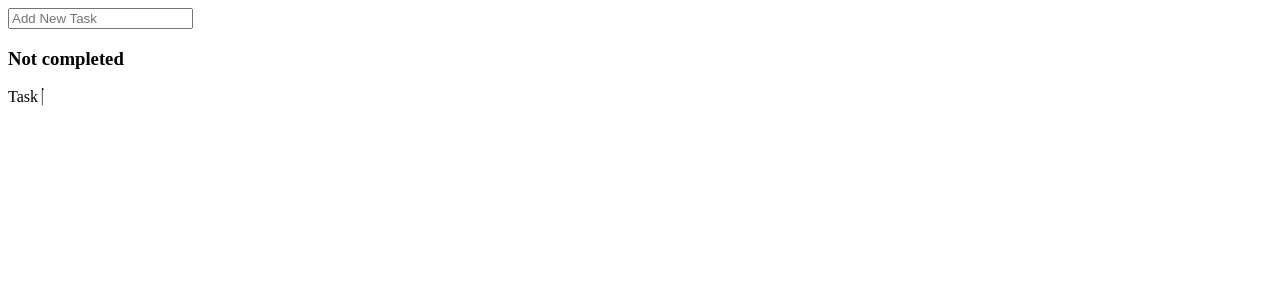
Repository: Mayur2905/OIBSIP
Page: Task-6/index.html
These files come from the project's save history. The page is drawn as it stood at one moment and after the next save; the edit follows.
The browser window is 1280 px wide. The pictures show the whole page.

Above is the page before, as saved 2022-02-05 19:17:39.

After the next save:
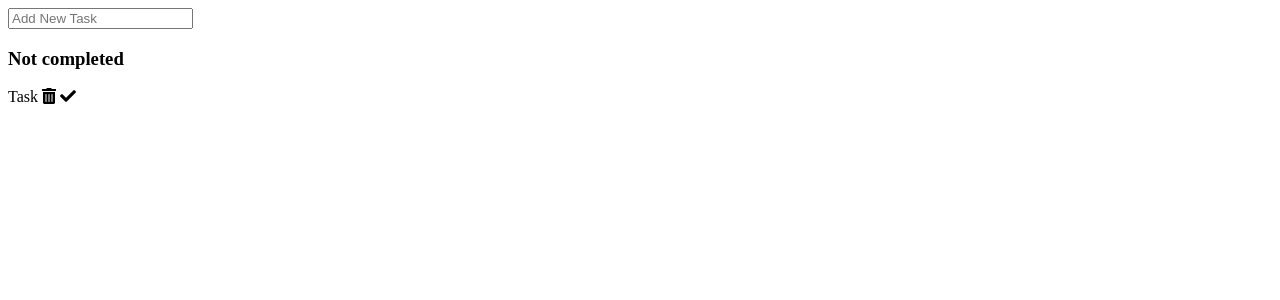
Saved 82 s later.
--- a/Task-6/index.html
+++ b/Task-6/index.html
@@ -4,7 +4,7 @@
     <meta charset="UTF-8">
     <meta http-equiv="X-UA-Compatible" content="IE=edge">
     <meta name="viewport" content="width=device-width, initial-scale=1.0">
-    <link rel="stylesheet" href="https://cdnjs.cloudflare.com/ajax/libs/font-awesome/4.7.0/css/font-awesome.min.css">
+    <link rel="stylesheet" href="https://cdnjs.cloudflare.com/ajax/libs/font-awesome/5.15.1/css/all.css">
     <title>To Do List</title>
 </head>
 <body>
